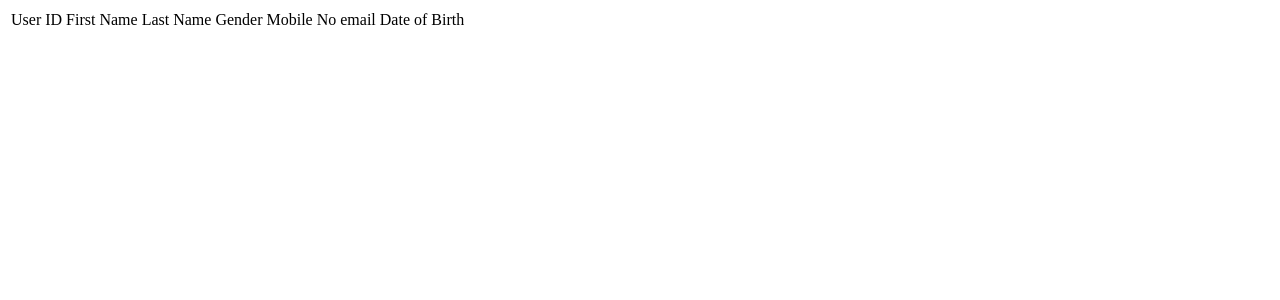
Repository: kewatraviraj/My_Work
Page: http://localhost/registration/display.jsp
An editor plug-in stored every save of this project. The page is shown before and after the next save, followed by the edit.
The browser window is 1280 px wide. The pictures show the whole page.
The page is served by Tomcat 9.

Above is the page before, as saved 2018-08-29 11:28:42.

After the next save:
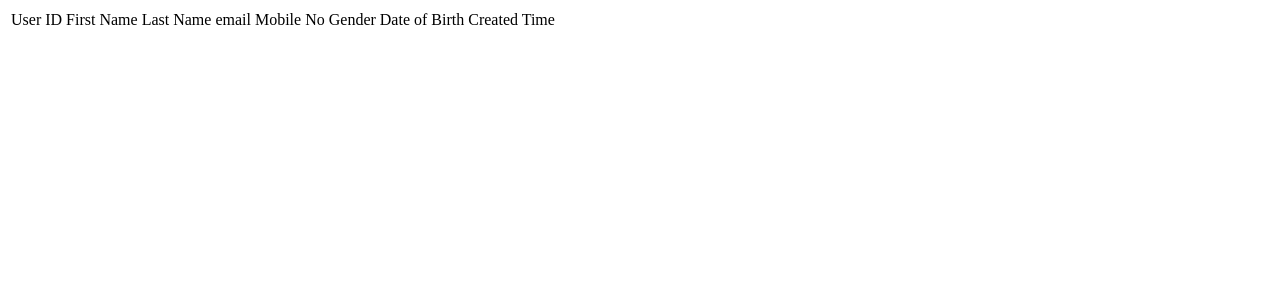
Saved 46 s later.
--- a/Eclipsework/registration/src/main/webapp/display.jsp
+++ b/Eclipsework/registration/src/main/webapp/display.jsp
@@ -12,10 +12,11 @@
 			<td>User ID</td>
 			<td>First Name</td>
 			<td>Last Name</td>
+			<td>email</td>
+			<td>Mobile No</td>
 			<td>Gender</td>
-			<td>Mobile No</td>
-			<td>email</td>
 			<td>Date of Birth</td>
+			<td>Created Time</td>
 		</tr>
 		<c:forEach items="${requestScope.users }" var="user">
 			<tr>
